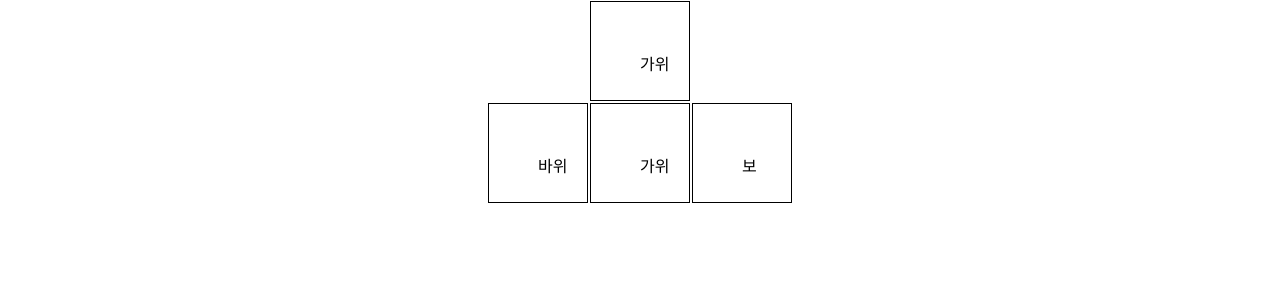
Repository: venandi48/RockScissorPaper-Game
Page: index.html
The author's editor kept a copy of each file at every save. The page is drawn from the files as they stood at one save, then again after the next save.
The browser window is 1280 px wide. The pictures show the whole page.
The style sheet was rebuilt from its Sass, Less or Tailwind sources for each picture, by a compiler version that may differ from the author's.

Above is the page before, as saved 2023-11-13 16:32:45.

After the next save:
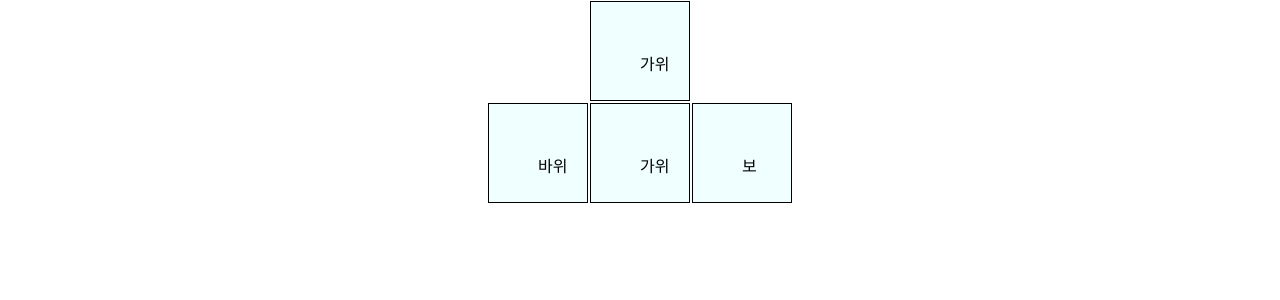
Saved 63 s later.
--- a/style.scss
+++ b/style.scss
@@ -49,6 +49,7 @@
   height: 100px;
   border: 1px solid #000;
   margin: 1px;
+  background-color: azure;
 
   &::before {
     position: absolute;
